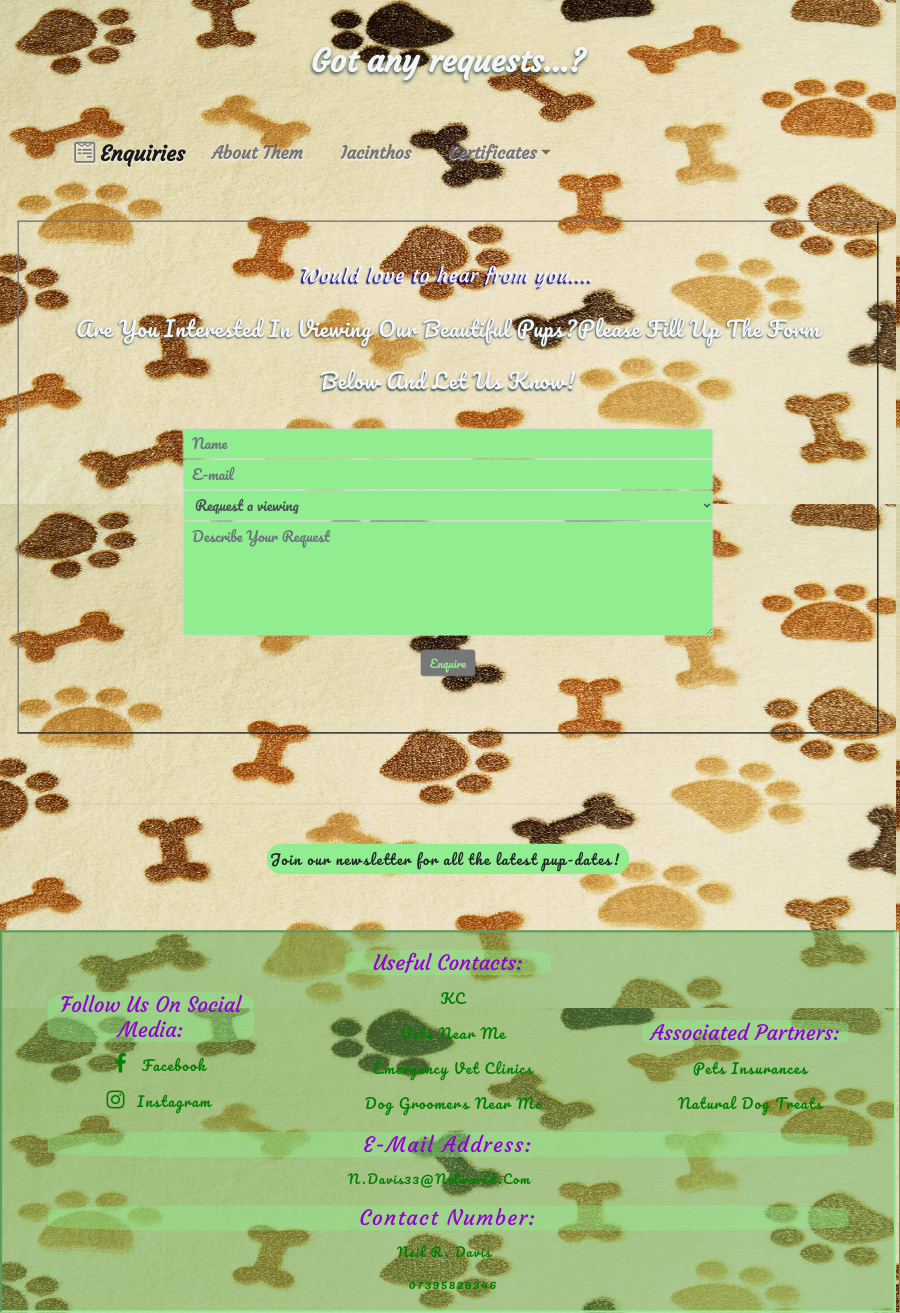
Repository: Code-Institute-Submissions/GeorgiosSklav-Iacinthos-blog
Page: request-form.html
The author's editor kept a record of every edit. The page is drawn from the files as they stood at one moment, then again after the next edit.
The browser window is 1280 px wide. The page is 1285 px wide, so the pictures cover 1285 px, including what lies to the right of the window. The pictures show the whole page, at 70% of full size.
Backgrounds fixed to the window are drawn as part of the page.

Above is the page before.

### request-form.html
<!DOCTYPE html>
<html lang="en">

<head>
    <meta charset="UTF-8">
    <meta name="viewport" content="width=device-width, initial-scale=1.0">
    <meta http-equiv="X-UA-Compatible" content="ie=edge">
    <link rel="stylesheet" href="https://stackpath.bootstrapcdn.com/bootstrap/4.3.1/css/bootstrap.min.css " integrity="sha384-ggOyR0iXCbMQv3Xipma34MD+dH/1fQ784/j6cY/iJTQUOhcWr7x9JvoRxT2MZw1T " crossorigin="anonymous ">
    <title>Iacinthos mini Poodles</title>
    <link rel="stylesheet" href="https://stackpath.bootstrapcdn.com/font-awesome/4.7.0/css/font-awesome.min.css" integrity="sha384-wvfXpqpZZVQGK6TAh5PVlGOfQNHSoD2xbE+QkPxCAFlNEevoEH3Sl0sibVcOQVnN" crossorigin="anonymous">
    <link rel="stylesheet" href="style.css" type="text/css" />
</head>

<body>
    <!--------------------------------------------------------Header-->
    <header class="container">
        <div class="row align-items-start homepage">
            <a href="index.html" class="col-12 logo">
                <h1>Got any requests...?</h1>
            </a>
        </div>
        <nav class="navbar navbar-light navbar-expand-sm">
            <a href="index.html" class="navbar-brand"><i class="fa fa-wpforms"></i>Enquiries</a>
            <button class="navbar-toggler ml-auto" type="button" data-toggle="collapse" data-target="#navbarNavDropdown" aria-controls="Toggle navigation">
            <span class="navbar-toggler-icon"></span></button>
            <div class="collapse navbar-collapse" id="navbarNavDropdown">
                <ul class="navbar-nav mt-auto mt-2 mt-lg-0">
                    <li class="nav-item item2 mr-2"><a class="nav-link" href="about-them.html">About Them</a></li>
                    <li class="nav-item mr-2"><a class="nav-link" href="index.html">Iacinthos</a></li>
                    <li class="nav-item dropdown">
                        <div class="nav-link dropdown-toggle" id="navbarDropdownMenuLink" role="button" data-toggle="dropdown" aria-haspopup="true" aria-expanded="false">
                            Certificates</div>
                        <div class="dropdown-menu" aria-labelledby="navbarDropdownMenuLink">
                            <a class="dropdown-item" href="certificate.html"><i class="fa fa-download"></i>Kennel Club</a>
                            <a class="dropdown-item" href="lineage.html"><i class="fa fa-download"></i>Blood-Lineage</a>
                        </div>
                    </li>
                </ul>
            </div>
        </nav>
    </header>
    <!----------------------------------------main-body-->
    <main>
        <div class="jumbotron-fluid about" id="frame">
            <section class="container-fluid">
                <div class="row about">
                    <div class="col">
                        <h3 class="about-title contact-heading text-center">Would love to hear from you....</h3>
                        <p class="contact capitalise">Are you interested in viewing our beautiful pups?Please fill up the form below and let us know!</p>
                        <div class="center-form">
                            <form>
                                <input type="text" name="name" id="fullname" class="form-control" placeholder="Name" required/>
                                <input type="email" name="email" id="emailaddress" class="form-control" placeholder="E-mail" required/>
                                <select class="form-control control">
                                    <option>Request a viewing</option>
                                    <option>Litter enquiries</option>
                                    <option>Other</option>
                                    </select>
                                <textarea rows="5" name="projectsummary" id="projectsummary" class="form-control" placeholder="Describe Your Request" required></textarea>
                                <div class="form-row text-center">
                                    <div class="col">
                                        <button type="submit" class="btn btn-secondary">Enquire</button>
                                    </div>
                                </div>
                            </form>
                        </div>
                    </div>
            </section>
            </div>
            <hr>
            <!------------------------------------------------ Modal -->
            <button type="button" class="btn btn-color" data-toggle="modal" data-target="#exampleModal">
  Join our newsletter for all the latest pup-dates!
</button>
            <div class="modal fade" id="exampleModal" tabindex="-1" role="dialog" aria-labelledby="exampleModalLabel" aria-hidden="true">
                <div class="modal-dialog" role="document">
                    <div class="modal-content">
                        <div class="modal-header">
                            <h5 class="modal-title" id="exampleModalLabel">Join our family with a flick of your paw!</h5>
                            <button type="button" class="close" data-dismiss="modal" aria-label="Close">
                     <span aria-hidden="true">&times;</span>
        </button>
                        </div>
                        <div class="modal-body">
                            <form class="modal-newsletter">
                                <div class="form-group ">
                                    <input type="email" class="form-control" id="InputEmail2" aria-describedby="emailHelp" placeholder="Your Woof-mail....">
                                </div>
                                <div class="form-group">
                                    <input type="password" class="form-control" id="InputPassword2" placeholder="....and a Woof-password">
                                </div>
                                <div class="form-group form-check">
                                    <input type="checkbox" class="form-check-input" id="exampleCheck1">
                                    <label class="form-check-label" for="Check1">Remember me</label>
                                </div>
                            </form>
                        </div>
                        <div class="modal-footer">
                            <button type="button" class="btn btn-danger" data-dismiss="modal">Close</button>
                            <button type="button" class="btn btn-info">Subscribe</button>
                        </div>
                    </div>
                </div>
            </div>
    </main>

    <!--------------------------------------------------footer-->

    <footer class="container-fluid footer">
        <div class="row align-items-end">
            <div class="col-12 col-md-3 col-lg-3">
                <h4 class="social-title capitalise">Follow us on social media:</h4>
                <ul class="social-links">
                    <li>
                        <a target="_blank" href="https://www.facebook.com/neil.davis.9862">
                            <i class="fa fa-facebook"></i>
                            <span>Facebook</span>
                        </a>
                    </li>
                    <li>
                        <a target="_blank" href="https://instagram.com/neilr.davis?igshid=wmi0mqp5d2se">
                            <i class="fa fa-instagram"></i>
                            <span>Instagram</span>
                        </a>
                    </li>
                </ul>
            </div>
            <div class="col-12 col-md-3 col-lg-3">
                <h4 class="social-title capitalise">Useful contacts:</h4>
                <ul class="social-links">
                    <li>
                        <a target="_blank" href="https://www.thekennelclub.org.uk/">
                            <span class="capitalise">KC</span>
                        </a>
                    </li>
                    <li>
                        <a target="_blank" href="https://www.google.com/search?q=vet+near+me&oq=vet+near&aqs=chrome.0.0j69i57j0l4.4119j0j7&sourceid=chrome&ie=UTF-8">
                            <span class="capitalise">Vets near me</span>
                        </a>
                    </li>
                    <li>
                        <a target="_blank" href="https://www.google.com/search?q=emergency+vet+clinic+near+me&oq=emergency+vet&aqs=chrome.4.69i57j0l5.15430j0j7&sourceid=chrome&ie=UTF-8">
                            <span class="capitalise">Emergency vet clinics</span>
                        </a>
                    </li>
                    <li>
                        <a target="_blank" href="https://www.google.com/search?q=dog+groomer+near+me&oq=dog+groomer&aqs=chrome.1.69i57j0l5.4790j0j7&sourceid=chrome&ie=UTF-8">
                            <span class="capitalise">Dog groomers near me</span>
                        </a>
                    </li>
                </ul>
            </div>
            <div class="col-12 col-md-3 col-lg-3">
                <h4 class="social-title capitalise">Associated partners:</h4>
                <ul class="social-links">
                    <li>
                        <a target="_blank" href="https://www.google.com/search?q=pet+insurance+near+me&oq=pet+ins&aqs=chrome.2.0j69i57j0l4.6094j0j7&sourceid=chrome&ie=UTF-8">
                            <span class="capitalise">pets insurances</span>
                        </a>
                    </li>
                    <li>
                        <a target="_blank" href="https://www.doglistener.co.uk/catalog/natural-dog-treats-0">
                            <span class="capitalise">natural dog treats</span>
                        </a>
                    </li>
                </ul>
            </div>
            <div class="col-12 col-md-3 col-lg-3 contacts">
                <h4 class="social-title capitalise">e-mail address:</h4>
                <p class="capitalise social-links">
                    n.davis33@ntlworld.com
                </p>
                <h4 class="social-title capitalise">Contact number:</h4>
                <ul class="social-links">
                    <li class="social-links capitalise">
                        neil r. davis
                    </li>
                    <li class="capitalise">
                        07395828346
                    </li>
                </ul>
            </div>
        </div>
    </footer>

    <script src="https://code.jquery.com/jquery-3.3.1.slim.min.js" integrity="sha384-q8i/X+965DzO0rT7abK41JStQIAqVgRVzpbzo5smXKp4YfRvH+8abtTE1Pi6jizo" crossorigin="anonymous"></script>
    <script src="https://cdnjs.cloudflare.com/ajax/libs/popper.js/1.14.7/umd/popper.min.js" integrity="sha384-UO2eT0CpHqdSJQ6hJty5KVphtPhzWj9WO1clHTMGa3JDZwrnQq4sF86dIHNDz0W1" crossorigin="anonymous"></script>
    <script src="https://stackpath.bootstrapcdn.com/bootstrap/4.3.1/js/bootstrap.min.js" integrity="sha384-JjSmVgyd0p3pXB1rRibZUAYoIIy6OrQ6VrjIEaFf/nJGzIxFDsf4x0xIM+B07jRM" crossorigin="anonymous"></script>
</body>

</html>

### style.css
@import url('https://fonts.googleapis.com/css?family=Courgette:100,200,300,400,500,600,700|Pacifico:100,200,300,400,500,600,700');

/*------------------------------------------------body background*/

body {
    background-image: url("./Media/footprints.jpg");
    background-size: 100%;
    background-attachment: fixed;
    line-height: 2.5;
    text-align: center;
}

h1 {
    font-family: "Courgette", sans-serif;
    font-weight: 700;
    font-size: 45px;
    color: #f4f4f4;
    text-shadow: -1px 2px 5px #2f4f4f;
    margin-top: 35px;
    margin-bottom: 5px;
    padding-top: 25px;
}

.heading {
    margin: 25px;
}

.capitalise {
    text-transform: capitalize;
}

/*------------------------------------------------Navbar*/

.navbar {
    word-wrap: normal;
    margin-top: 50px;
    margin-bottom: 25px;
}

.navbar-light {
    font-family: 'Courgette', sans-serif;
    font-weight: 600;
    font-size: 25px;
    color: #00008b;
    text-shadow: 0px 2px 3px #f8f8ff;

}

.nav-link {
    margin-right: 15px;
    margin-left: 15px;
}

.nav-link:hover {
    background-color: #90ee90;
    border-radius: 50%;
}

.dropdown-menu {
    background-color: #90ee90;
    font-weight: 600;
    font-size: 20px;
    border-radius: 10%;
    margin: 0;
    padding: 2px;
}

.dropdown-menu ul li:hover {
    background-color: #777;
}

.ml-auto {
    background-color: #90ee90;
}

.navbar i {
    font-size: 35px;
    padding-top: 0;
    padding-bottom: 5px;
    padding-right: 2px;
    margin: 5px;
    color: #777;
}

.navbar-brand {
    font-size: 30px;

}

.navbar-brand:hover {
    background-color: #90ee90;
    border-radius: 50%;
}

.fa-download {
    margin-right: 2px;
    margin-left: 2px;
}

.fa-download:hover {
    color: #90ee90;
}

/*------------------------------------------Media queries*/

@media (max-width: 300px) {
    .ml-auto:hover {
        background-color: #777;
    }
    .dropdown-item:hover {
        background-color: #777;

    }
    #navbarNavDropdown {
        background-color: #777;
    }

    #navbarNavDropdown ul li:hover {
        background-color: #90ee90;
    }
    .social-links,
    .social-title {
        font-size: 30px;
    }
}

@media (max-width: 3800px) {
    .dropdown-menu {
        background-color: #90ee90;
        color: #777;
    }
    .dropdown-item:hover {
        background-color: #777;
        color: #90ee90;
    }

    .col-lg-3 {
        flex: 30%;
        max-width: 100%;
    }
}

/*------------------------------------------------Homepage*/

.homepage a {
    text-decoration: none;
    height: 100%;
}

.introduction {
    height: 90%;
    width: 90%;
}


.img-50 {
    margin-left: 25px;
    width: 100%;
    float: none;
    border-style: groove;
    border-radius: 50%;
}

/*--------------------------------------------texts,p*/

.container-title {
    text-align: center;
    margin: 35px;
    font-family: "Courgette", sans-serif;
    color: #00ffff;
    text-shadow: -1px 2px 5px #2f4f4f;
}

.container-title i {
    font-size: 30px;
    padding: 15px;
    margin: 15px;
}

.dog-name {
    font-family: "Courgette", sans-serif;
    font-weight: 700;
    font-size: 32px;
    margin-left: 25px;
    text-shadow: -3px 2px 5px #191970;
}

/*----------------------------------------about us section*/

.about {
    margin: 25px;
    font-family: "Pacifico", sans-serif;
    font-size: 30px;
    letter-spacing: 1px;
    color: #f4f4f8;
    text-shadow: -1px 2px 3px #2f4f4f;
}
.about .about-title {
    color: #f8f8ff;
    text-shadow: -3px 2px 2px #00008b;
}

#frame {
    border: 2px outset #777;
    font-size: 25px;
    margin-top: 45px;
    margin-bottom: 100px;
    padding: 10px;
    font-weight: lighter;
}

/*----------------------------------------newsletter button*/

.btn-color {
    background-color: #90ee90;
    font-family: "Pacifico", sans-serif;
    font-size: 20px;
    letter-spacing: 2px;
    margin: 40px 25px;
    padding-left: 4px;
    border-radius: 50px;
}

.btn-color:hover {
    color: #90ee90;
    background-color: #777;
}

/*----------------------------------------Modal styling*/

.modal-title {
    font-family: "Pacifico", sans-serif;
    font-size: 25px;
    margin: 10px 5px;
}

.modal-content {
    background-color: #90ee90;
    text-shadow: -3px 2px 0.5px #ffefd5;
    color: #777;
}

.modal-footer .btn-danger,
.btn-info {
    margin-right: 20px;
}

.modal-body {
    padding: 0 15px 0 15px;
    top: 5px;
    bottom: 0;
    margin-top: 10px;
}


/*----------------------------------------footer*/

.footer {
    display: inline-block;
    border: 3px inset #90ee90;
    background-color: rgba(100, 170, 80, .5);
    padding-top: 25px;
    margin: 40px 5px 0px 0px;
    text-align: center;
}

.contacts .social-title {
    text-transform: capitalize;
    text-decoration: none;
    font-family: "Courgette", sans-serif;
    font-size: 30px;
    font-weight: 400;
    letter-spacing: 2px;
    color: #9400d3;
}

.social-links {
    list-style: none;
    padding-right: 25px;
    font-family: "Pacifico", sans-serif;
    color: #008000;
    font-size: 18px;
    font-weight: 400;
    letter-spacing: 2px;
}

.social-links li a {
    text-decoration: none;
    font-family: "Pacifico", sans-serif;
    font-size: 20px;
    font-weight: 400;
    letter-spacing: 2px;
    color: #008000;
}

.social-links li a:hover {
    background-color: #777;
    color: #90ee90;
    border-radius: 30%;
}

.social-links li i {
    font-size: 30px;
    height: 45px;
    width: 45px;
}

.social-title {
    word-break: keep-all;
    margin-left: 50px;
    margin-right: 50px;
    font-size: 30px;
    font-family: "Courgette", sans-serif;
    color: #9400d3;
    border-radius: 20%;
    background-color: rgba(144, 238, 144, 0.4);
}

.contact-heading {
    font-family: "Courgette", sans-serif;
    font-weight: 300;
    margin-top: 25px;
    margin-bottom: 20px;
}

.form-control {
    font-size: 20px;
    background-color: #90ee90;
}

.control {
    background-color: #90ee90;
}

.center-form {
    padding: 15px 5px 10px;
    margin: 15px auto;
    max-width: 70%;
}

button[type="submit"] {
    margin-bottom: 20px;
    margin-top: 13px;
    color: #90ee90;
    background-color: #777;
}

button[type="submit"]:hover {
    background-color: #90ee90;
    color: #777;
}

After the next edit:
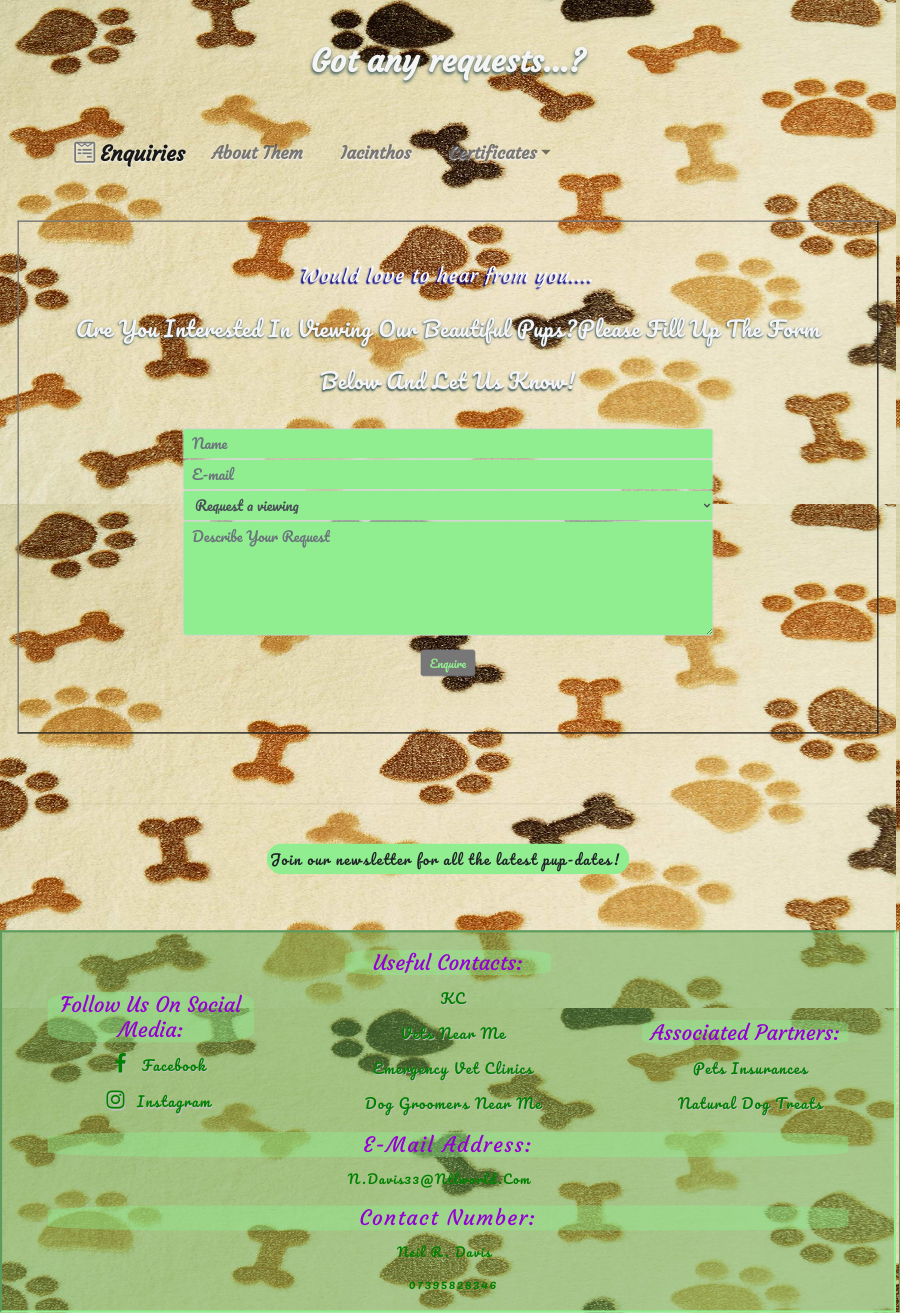
The edit:
--- a/style.css
+++ b/style.css
@@ -291,6 +291,7 @@
     font-weight: 400;
     letter-spacing: 2px;
     color: #008000;
+    text-shadow: 1px 2px 1px #c0c0c0;
 }
 
 .social-links li a:hover {
